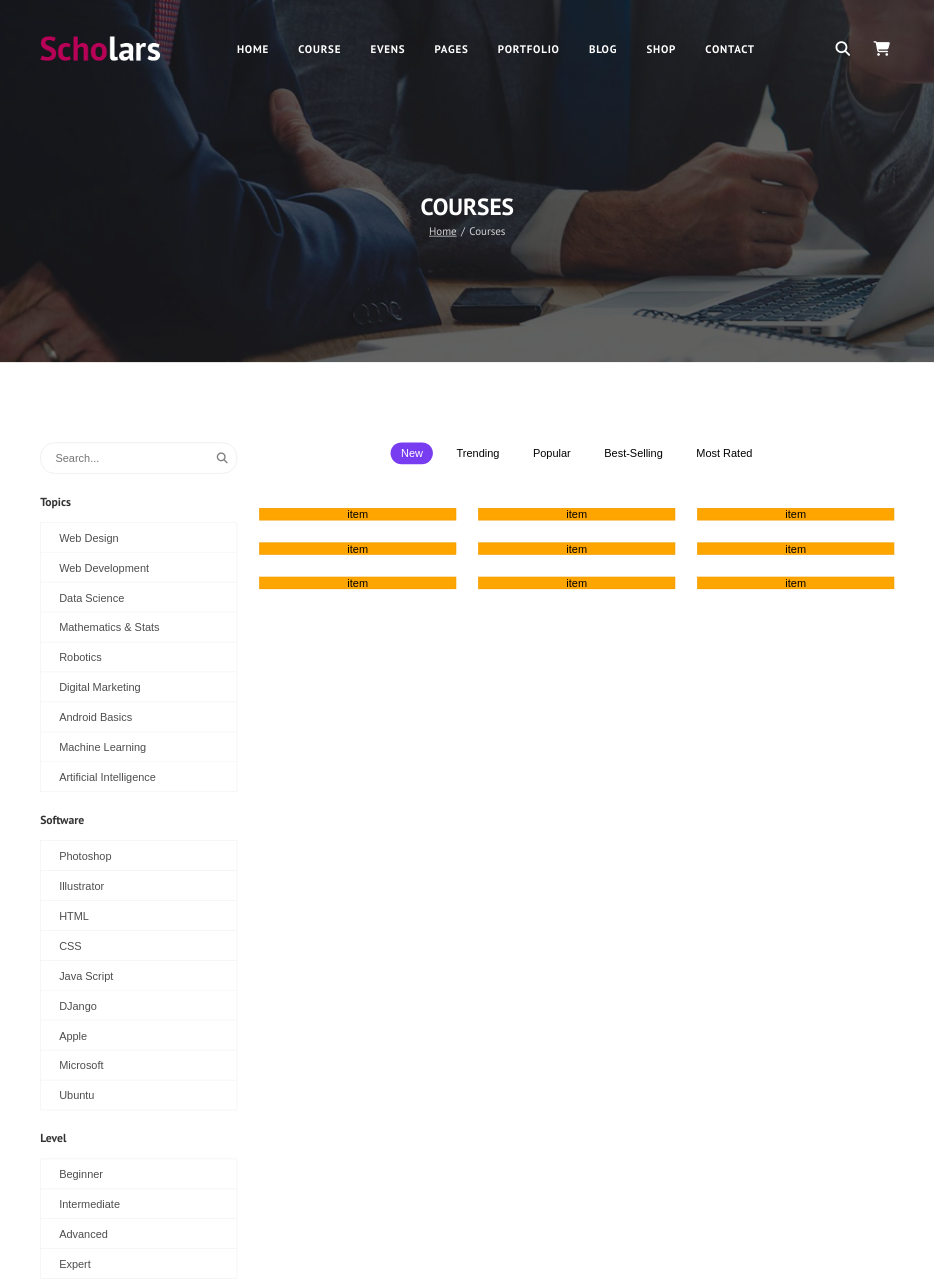
Repository: lannguyen1301/f8-zoom-day-7
Page: index.html
These files come from the project's save history. The page is drawn as it stood at one moment and after the next save; the edit follows.
The browser window is 1280 px wide. The pictures show the whole page, at 73% of full size.
Some web fonts or font styles are not loaded; a fallback is used.

Above is the page before, as saved 2025-04-25 00:10:57.

After the next save:
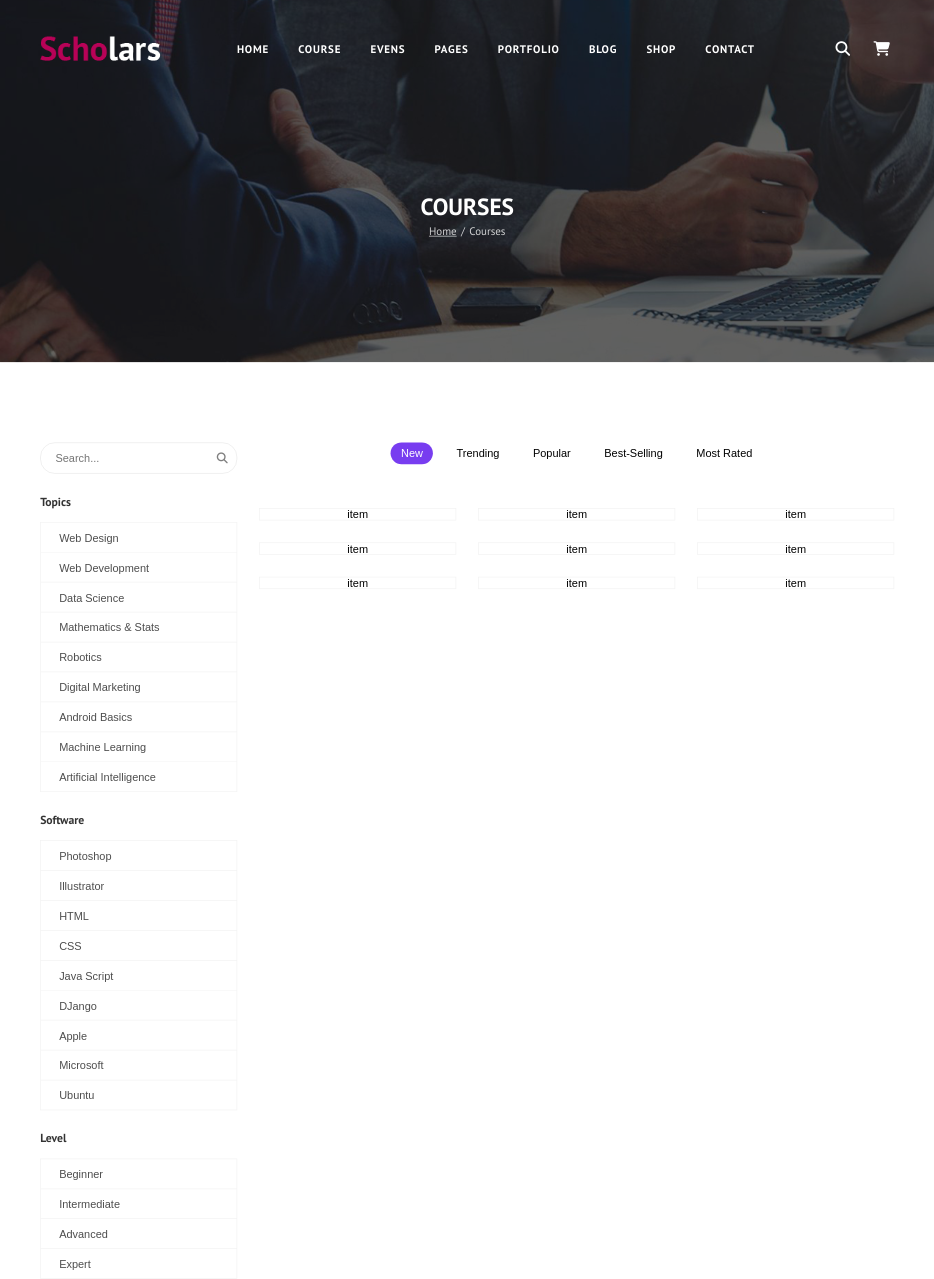
Saved 4 s later.
--- a/assets/css/style.css
+++ b/assets/css/style.css
@@ -259,6 +259,5 @@ ul.menu li + li {
     justify-content: center;
     width: calc(100% / var(--columns) - var(--spacing));
     margin-left: var(--spacing);
-    background: orange;
     border: 1px solid #0000000d;
 }
